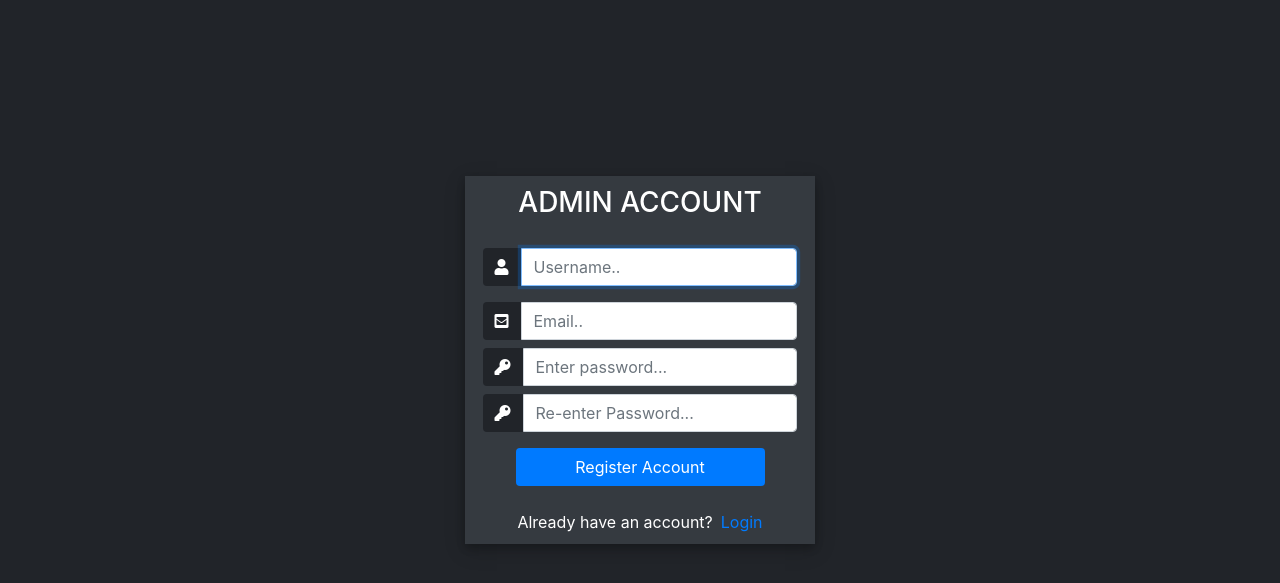
Repository: Abdaljawad-Aya/login-register-auth-validation-Django
Page: http://localhost/register/
These files come from the project's save history. The page is drawn as it stood at one moment and after the next save; the edit follows.
The browser window is 1280 px wide. The pictures show the whole page.
Some web libraries are served in a nearby version. The page is served by the project's application, run on Django 3.2 (project8/manage.py). Other server files are loaded and not shown.

Above is the page before, as saved 2021-03-11 22:56:19.

### project8/project8/templates/register.html
<!DOCTYPE html>
<html>

<head>
	<title>Login</title>
	<link rel="stylesheet" href="https://stackpath.bootstrapcdn.com/bootstrap/4.1.3/css/bootstrap.min.css" integrity="sha384-MCw98/SFnGE8fJT3GXwEOngsV7Zt27NXFoaoApmYm81iuXoPkFOJwJ8ERdknLPMO" crossorigin="anonymous">
	<script src="https://ajax.googleapis.com/ajax/libs/jquery/3.3.1/jquery.min.js"></script>
	<link rel="stylesheet" href="https://use.fontawesome.com/releases/v5.6.1/css/all.css" integrity="sha384-gfdkjb5BdAXd+lj+gudLWI+BXq4IuLW5IT+brZEZsLFm++aCMlF1V92rMkPaX4PP" crossorigin="anonymous">

	<style>
		body,
		html {
			margin: 0;
			padding: 0;
			height: 100%;
			background: #212429 !important;
		}
		.user_card {
			width: 350px;
			margin-top: auto;
			margin-bottom: auto;
			background: #353a40;
			position: relative;
			display: flex;
			justify-content: center;
			flex-direction: column;
			padding: 10px;
			box-shadow: 0 4px 8px 0 rgba(0, 0, 0, 0.2), 0 6px 20px 0 rgba(0, 0, 0, 0.19);
			-webkit-box-shadow: 0 4px 8px 0 rgba(0, 0, 0, 0.2), 0 6px 20px 0 rgba(0, 0, 0, 0.19);
			-moz-box-shadow: 0 4px 8px 0 rgba(0, 0, 0, 0.2), 0 6px 20px 0 rgba(0, 0, 0, 0.19);
			{% comment %} border-radius: 5px; {% endcomment %}

		}

		.form_container {
			margin-top: 20px;
		}

		#form-title{
			color: #fff;
		}
		.login_btn {
			width: 100%;
			background: #007aff !important;
			color: white !important;
		}
		.login_btn:focus {
			box-shadow: none !important;
			outline: 0px !important;
		}
		.login_container {
			padding: 0 2rem;
		}
		.input-group-text {
			background: #212429 !important;
			color: white !important;
			border: 0 !important;
			border-radius: 0.25rem 0 0 0.25rem !important;
		}
		.input_user,
		.input_pass:focus {
			box-shadow: none !important;
			outline: 0px !important;
		}
    .links{
      color:white;
    }

	</style>

</head>
<body>
	<div class="container h-100">
		<div class="d-flex justify-content-center h-100">
			<div class="user_card">
				<div class="d-flex justify-content-center">
					<h3 id="form-title">ADMIN ACCOUNT</h3>
				</div>
				<div class="d-flex justify-content-center form_container">

					<form method="POST" action="">
            {% csrf_token %}

						<div class="input-group mb-3">
							<div class="input-group-append">
								<span class="input-group-text"><i class="fas fa-user"></i></span>
							</div>
							{{form.username}}
						</div>
						<div class="input-group mb-2">
							<div class="input-group-append">
								<span class="input-group-text"><i class="fas fa-envelope-square"></i></span>
							</div>
							  {{form.email}}

						</div>
						<div class="input-group mb-2">
							<div class="input-group-append">
								<span class="input-group-text"><i class="fas fa-key"></i></span>
							</div>
							  {{form.password1}}
						</div>
						<div class="input-group mb-2">
							<div class="input-group-append">
								<span class="input-group-text"><i class="fas fa-key"></i></span>
							</div>
							 {{form.password2}}
						</div>

				   		<div class="d-flex justify-content-center mt-3 login_container">
				 			<input class="btn login_btn" type="submit" value="Register Account">
				   		</div>
					</form>
				</div>

				<div class="mt-4">
					<div class="d-flex justify-content-center links">
						Already have an account? <a href="{% url 'login' %}" class="ml-2">Login</a>
					</div>
				</div>
			</div>
		</div>
	</div>
	<script>
						/* Because i didnt set placeholder values in forms.py they will be set here using vanilla Javascript
		//We start indexing at one because CSRF_token is considered and input field
		 */

		//Query All input fields
		var form_fields = document.getElementsByTagName('input')
		form_fields[1].placeholder='Username..';
		form_fields[2].placeholder='Email..';
		form_fields[3].placeholder='Enter password...';
		form_fields[4].placeholder='Re-enter Password...';


		for (var field in form_fields){
			form_fields[field].className += ' form-control'
		}
	</script>
</body>
</html>



{% comment %} <h1>register</h1>


<form method="POST" action>
  {% csrf_token %}
  {{form.username.label}}
  {{form.username}}

  {{form.email.label}}
  {{form.email}}

  {{form.password1.label}}
  {{form.password1}}

  {{form.password2.label}}
  {{form.password2}}
     <input type="submit" name="Create User">
</form> {% endcomment %}

### project8/project8/App/forms.py
from django.forms import ModelForm
from django.contrib.auth.forms import UserCreationForm
from django.contrib.auth.models import User
from django import forms

from .models import Data_Source



class OrderForm(ModelForm):
  class Meta:
          model  = Data_Source
          fields = '__all__'

class CreateUserForm(UserCreationForm):
    class Meta:
          model  = User
          fields = ['username','email','password1','password2']

### project8/project8/App/views.py
from django.shortcuts import render
from django.contrib.auth.forms import UserCreationForm


# Create your views here.
from .models import *
from .forms import OrderForm, CreateUserForm
from .filters import OrderFilters


def registerPage(request):
    form = CreateUserForm()

    if request.method == 'POST':
        form = CreateUserForm(request.POST)
        if form.is_valid():
              form.save()

    context ={'form':form}
    return render(request, '../templates/register.html', context)


def loginPage(request):
    context ={}
    return render(request, '../templates/login.html', context)

def index(request):
    return render(request , "index.html")

### project8/project8/project8/urls.py
"""project8 URL Configuration

The `urlpatterns` list routes URLs to views. For more information please see:
    https://docs.djangoproject.com/en/3.1/topics/http/urls/
Examples:
Function views
    1. Add an import:  from my_app import views
    2. Add a URL to urlpatterns:  path('', views.home, name='home')
Class-based views
    1. Add an import:  from other_app.views import Home
    2. Add a URL to urlpatterns:  path('', Home.as_view(), name='home')
Including another URLconf
    1. Import the include() function: from django.urls import include, path
    2. Add a URL to urlpatterns:  path('blog/', include('blog.urls'))
"""
from django.contrib import admin
from django.urls import path
from App import views

urlpatterns = [
    path('register/', views.registerPage, name="register"),
    path('login/', views.loginPage, name="login"),

    path('admin/', admin.site.urls),
    path('', views.index),
]

After the next save:
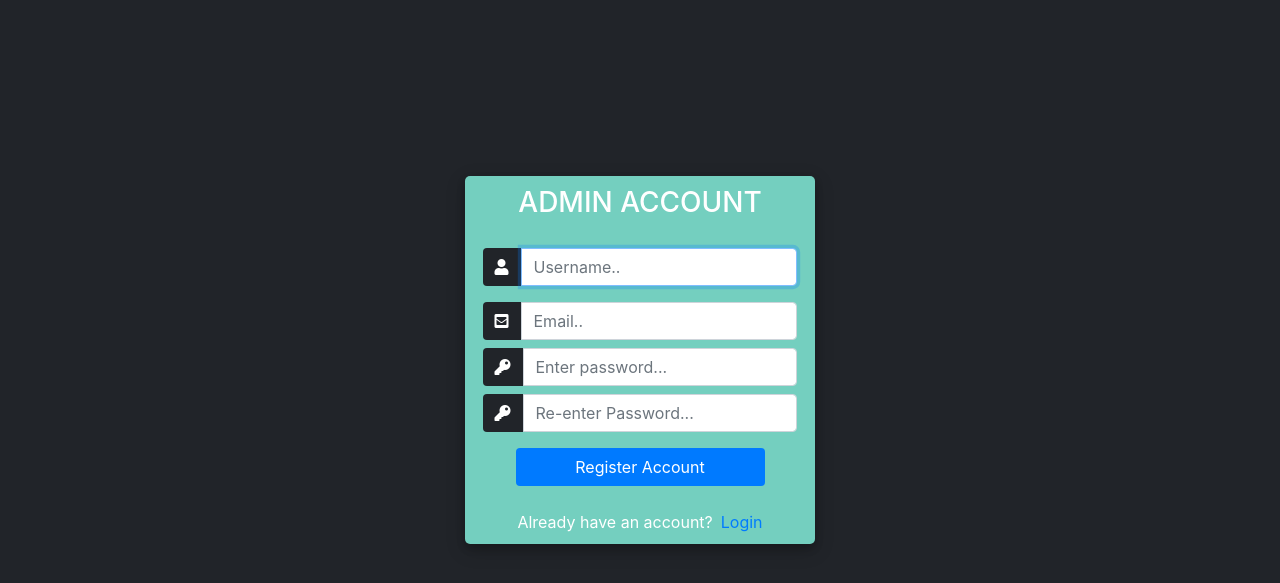
Saved 24 s later.
--- a/project8/project8/templates/register.html
+++ b/project8/project8/templates/register.html
@@ -19,7 +19,7 @@
 			width: 350px;
 			margin-top: auto;
 			margin-bottom: auto;
-			background: #353a40;
+			background: #74cfbf;
 			position: relative;
 			display: flex;
 			justify-content: center;
@@ -28,6 +28,7 @@
 			box-shadow: 0 4px 8px 0 rgba(0, 0, 0, 0.2), 0 6px 20px 0 rgba(0, 0, 0, 0.19);
 			-webkit-box-shadow: 0 4px 8px 0 rgba(0, 0, 0, 0.2), 0 6px 20px 0 rgba(0, 0, 0, 0.19);
 			-moz-box-shadow: 0 4px 8px 0 rgba(0, 0, 0, 0.2), 0 6px 20px 0 rgba(0, 0, 0, 0.19);
+			border-radius: 5px;
 			{% comment %} border-radius: 5px; {% endcomment %}
 
 		}
